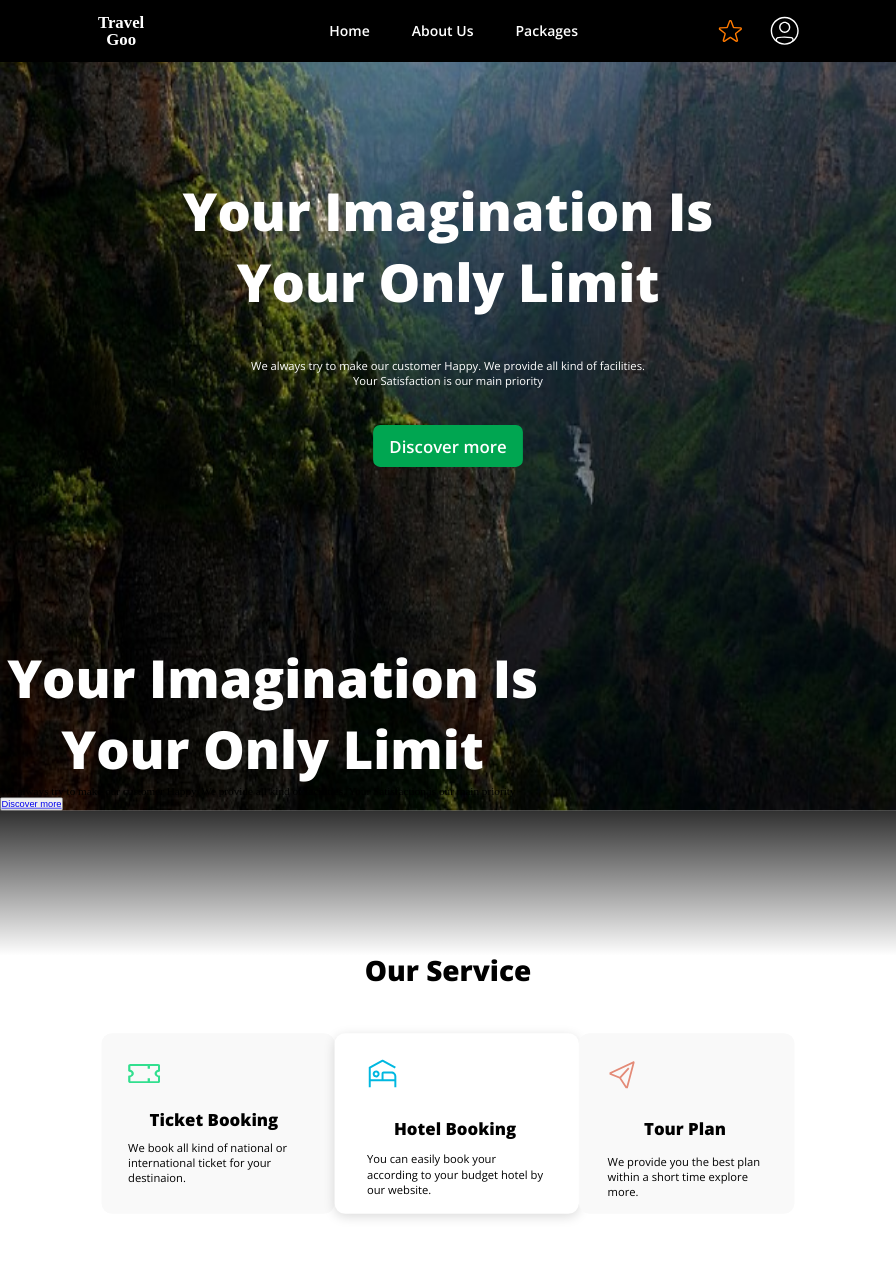
Repository: simralgasimov/back-project
Page: index.html
The author's editor kept a copy of each file at every save. The page is drawn from the files as they stood at one save, then again after a run of saves.
The browser window is 1280 px wide. The pictures show the whole page, at 70% of full size.
Some web fonts or font styles are not loaded; a fallback is used.

Above is the page before, as saved 2023-09-27 13:31:54.

After the next 4 saves:
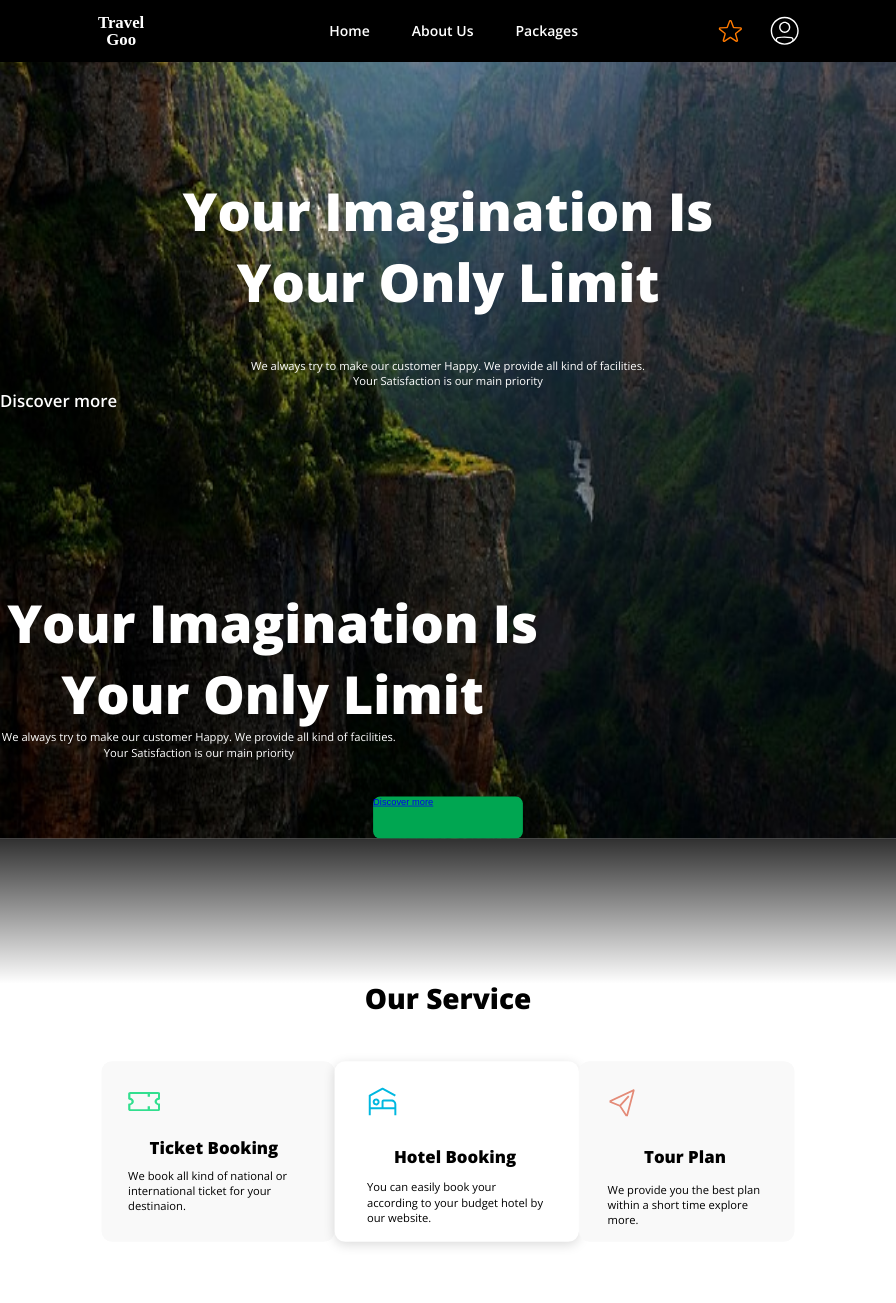
The 4 saves are shown as one change because they came seconds apart.
The last was saved 15 s later.
--- a/index.css
+++ b/index.css
@@ -94,7 +94,7 @@
   justify-content: center;
   text-align: center;
 }
-.container .text-box p {
+.container .container-1  p {
   width: 568px;
   color: #fff;
   text-align: center;
@@ -105,7 +105,7 @@
   line-height: normal;
 }
 
-.container .button {
+.container .container-1  button {
   border: none;
   width: 214px;
   height: 60px;
